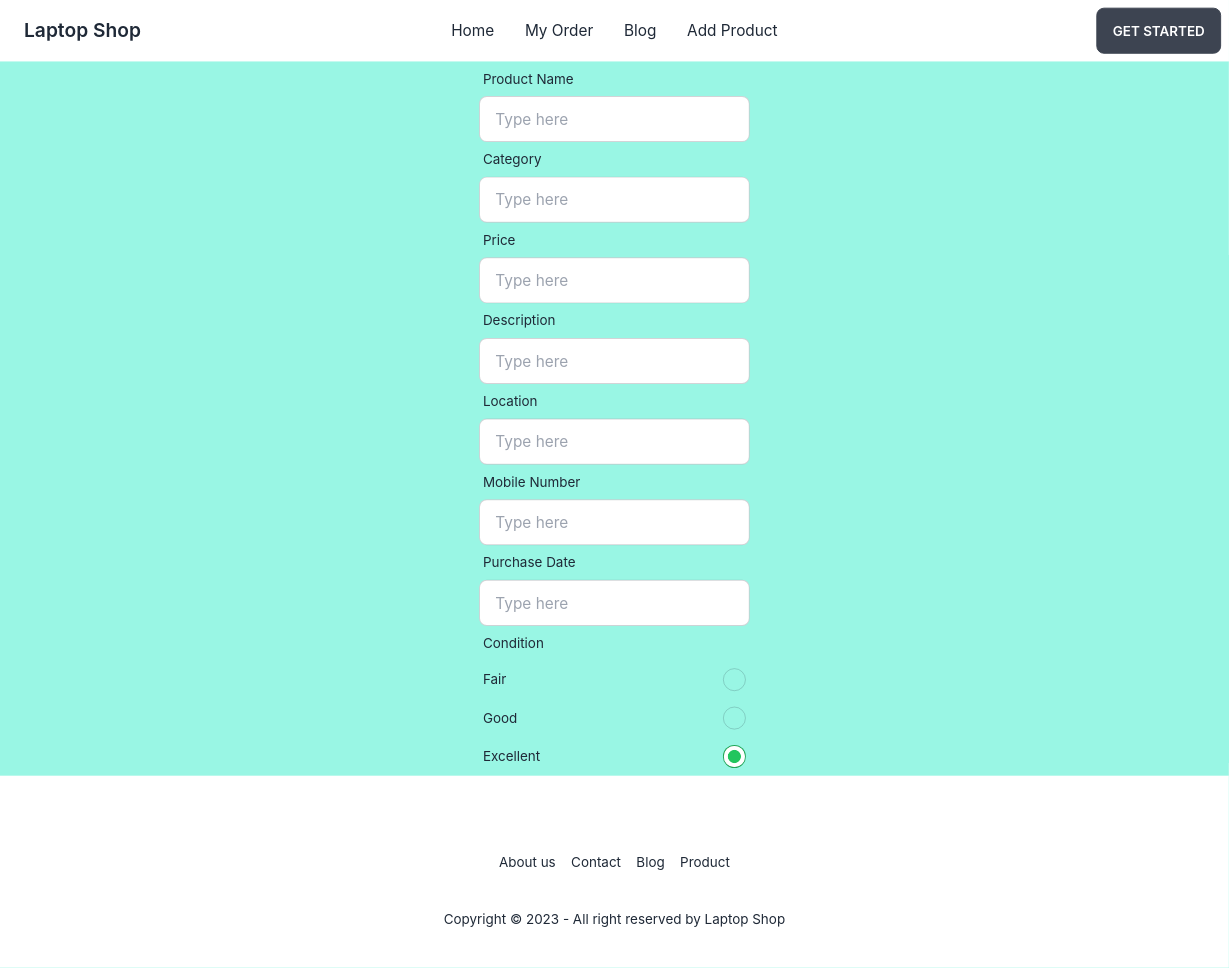
Repository: mdsajib50/E-commerce
Page: /add-product
These files come from the project's save history. The page is drawn as it stood at one moment and after a run of saves; the edit follows.
The browser window is 1280 px wide. The pictures show the whole page, at 96% of full size.
The project was rebuilt for these pictures with package versions that can differ from the ones it lists, and the page was loaded fresh each time. Also part of the build but not shown: src/Pages/Home/Banner/Banner.js, src/Pages/Home/Product/ProductCard.js, src/Pages/Home/Product/Product.js, src/Pages/Home/Home/Home.js.

Above is the page before, as saved 2023-01-11 22:49:02.

After the next 3 saves:
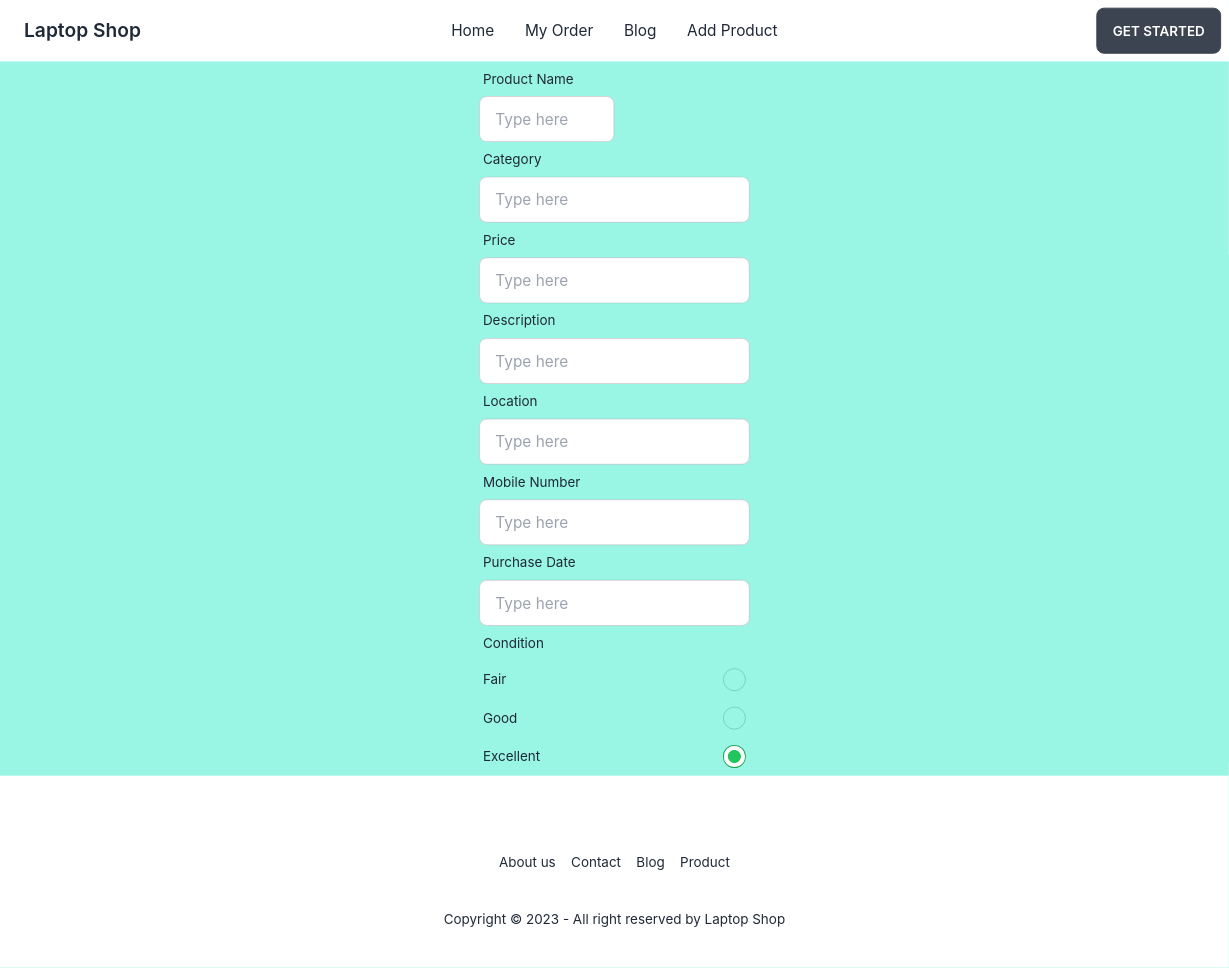
The 3 saves are shown as one change because they came seconds apart.
The last was saved 30 s later.
--- a/src/Pages/AddProduct/AddProduct.js
+++ b/src/Pages/AddProduct/AddProduct.js
@@ -9,7 +9,7 @@
                         <label className="label">
                             <span className="label-text">Product Name</span>
                         </label>
-                        <input type="text" name='product_name' placeholder="Type here" className="input input-bordered w-full max-w-xs" />
+                        <input type="text" name='product_name' placeholder="Type here" className="input input-bordered w-1/2" />
                     </div>
                     <div className="form-control w-full max-w-xs">
                         <label className="label">

After the save that followed:
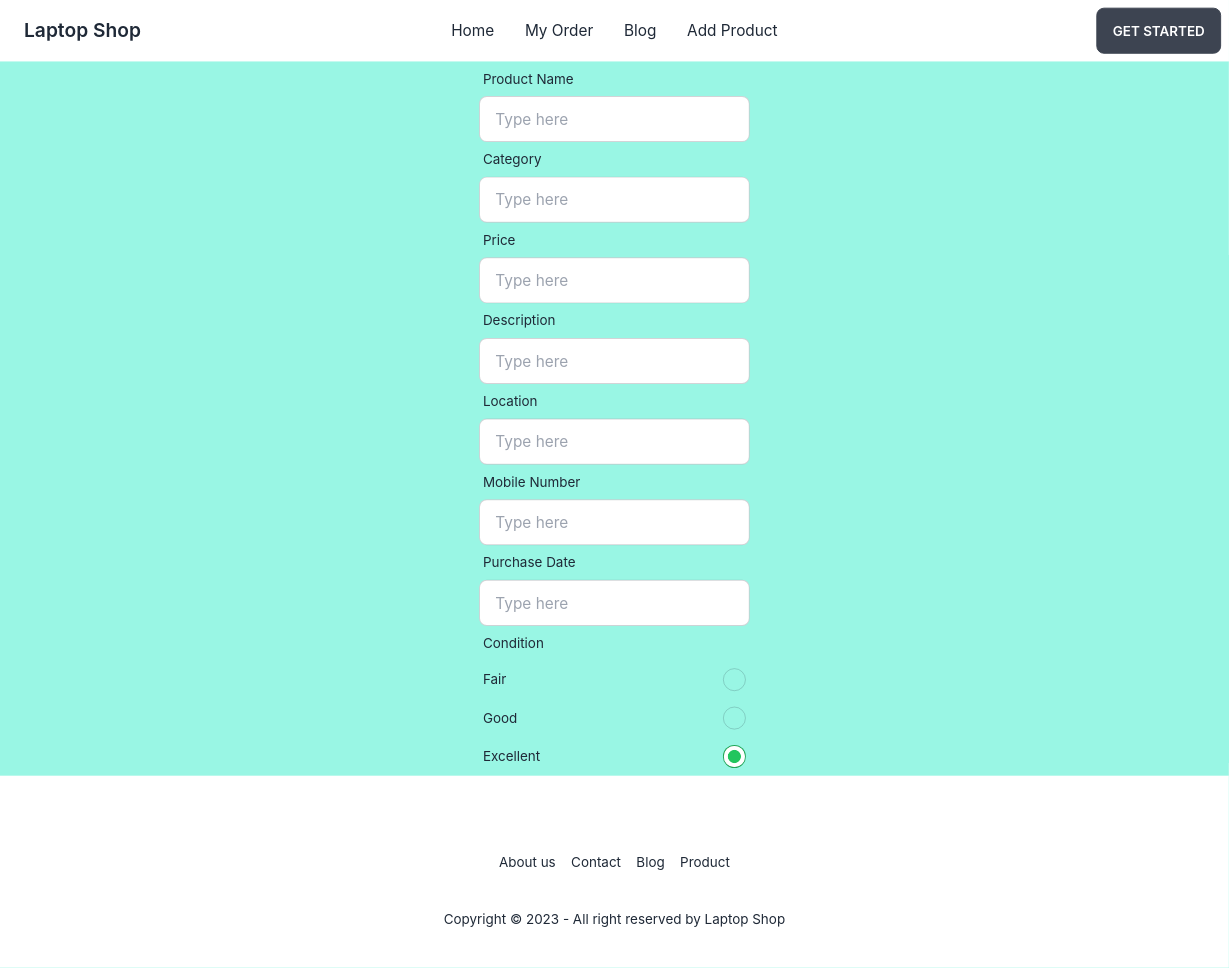
Saved 28 s later.
--- a/src/Pages/AddProduct/AddProduct.js
+++ b/src/Pages/AddProduct/AddProduct.js
@@ -9,7 +9,7 @@
                         <label className="label">
                             <span className="label-text">Product Name</span>
                         </label>
-                        <input type="text" name='product_name' placeholder="Type here" className="input input-bordered w-1/2" />
+                        <input type="text" name='product_name' placeholder="Type here" className="input input-bordered" />
                     </div>
                     <div className="form-control w-full max-w-xs">
                         <label className="label">
